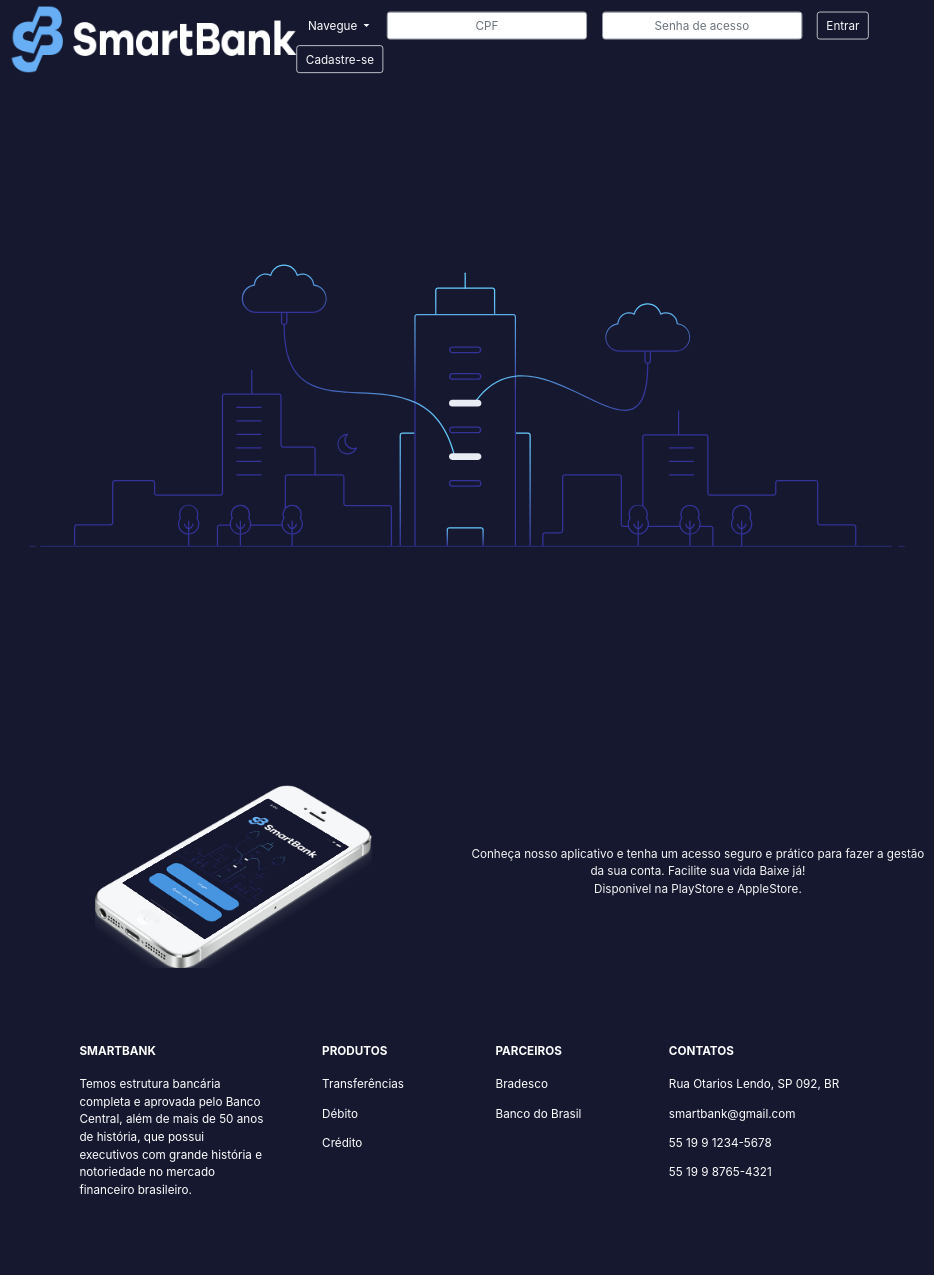
Repository: davitolentino/Mini-Projeto-SmartBank
Page: http://localhost/SmartBank/home.jsp
An editor plug-in stored every save of this project. The page is shown before and after the next save, followed by the edit.
The browser window is 1280 px wide. The pictures show the whole page, at 73% of full size.
The page is served by Tomcat 9.

Above is the page before, as saved 2020-03-04 13:17:50.

After the next save:
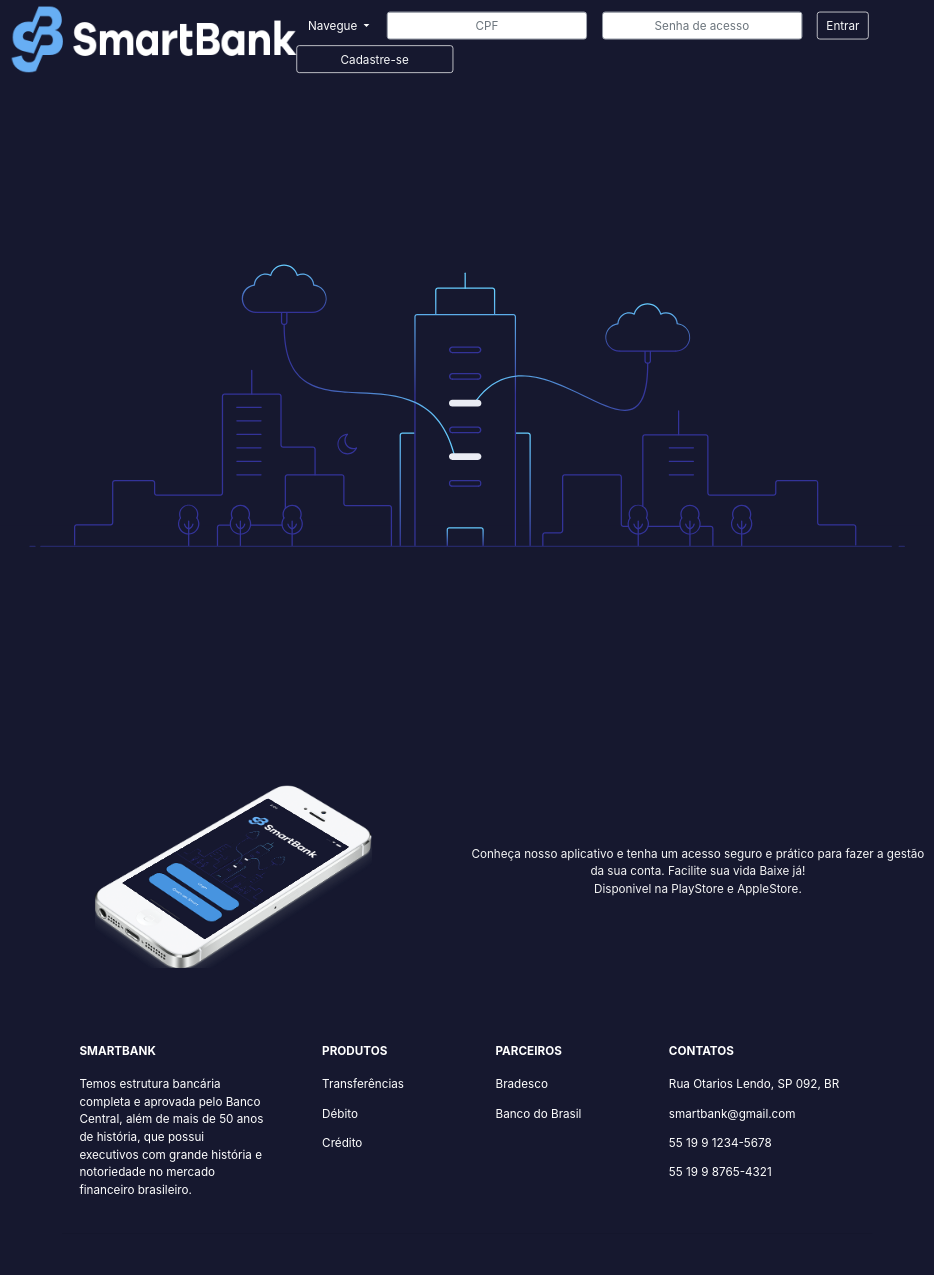
Saved 28 s later.
--- a/frontend/SmartBank/WebContent/home.jsp
+++ b/frontend/SmartBank/WebContent/home.jsp
@@ -352,7 +352,7 @@ a:link {
 						<%} %>
 					</div>
 					<%if(whois.equals("{\"nobody\":"+nb+"}")){ %>
-					<button type="button" class="btn btn-outline-light form-control mr-auto" data-toggle="modal" data-target="#ModalCadastro" id="Letreiro">Cadastre-se</button>
+					<button type="button" class="btn btn-outline-light form-control mr-auto col-3" data-toggle="modal" data-target="#ModalCadastro" id="Letreiro">Cadastre-se</button>
 					<%} %>
 				</div>
 			</div>
